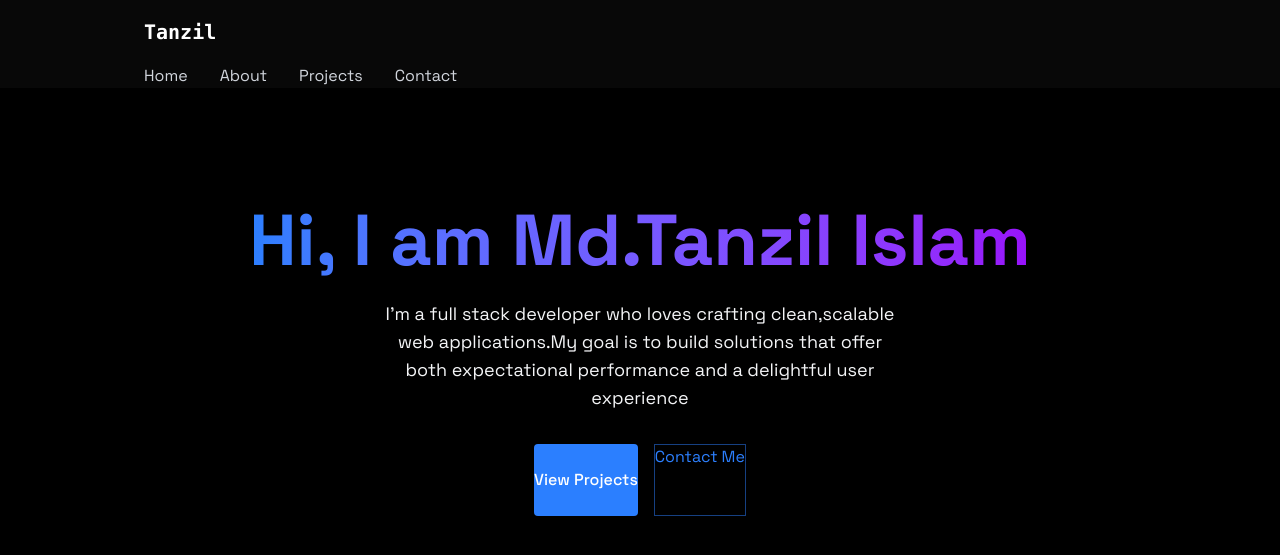
Repository: tanimtanzilislam/my_portfolio
Page: /
An editor plug-in stored every save of this project. The page is shown before and after a run of saves, followed by the edit.
The browser window is 1280 px wide. The pictures show the whole page.
The project was rebuilt for these pictures with package versions that can differ from the ones it lists, and the page was loaded fresh each time. Also part of the build but not shown: vite.config.js.

Above is the page before, as saved 2025-05-10 12:23:24.

### index.html
<!doctype html>
<html lang="en">
  <head>
    <meta charset="UTF-8" />
    <link rel="icon" type="image/svg+xml" href="/vite.svg" />
    <link rel="preconnect" href="https://fonts.googleapis.com" />
    <link rel="preconnect" href="https://fonts.gstatic.com" crossorigin />
    <link
    href="https://fonts.googleapis.com/css2?family=Space+Grotesk:wght@400;500;600;700&family=jetBrains+Mono:wght"
    rel="stylesheet"/>
    <meta name="viewport" content="width=device-width, initial-scale=1.0" />
    <title>Vite + React</title>
  </head>
  <body>
    <div id="root"></div>
    <script type="module" src="/src/main.jsx"></script>
  </body>
</html>

### src/index.css
@import "tailwindcss";

html, body {
  margin: 0;
  padding: 0;
  font-family: "Space Grotesk", sans-serif;
  background: #f3f4f6;
}

@layer utilities {

  @keyframes blink{
    0%,100%{
      opacity:1;
    }
    50%{
      opacity:0;
    }
  }
  .animated-blink {
    animation: blink 0.8s step-end infinite;
  }
  @keyframes loading {
    0% {
      transform: translateX(-100%);
    }
    100% {
      transform: translateX(250%);
    }
  }

  .animate-loading-bar {
    animation: loading 0.8s ease infinite;
  }
}

### src/App.jsx
import React, { useState } from 'react';
import './App.css';
import './index.css';
import { LoadingScreen } from './components/LoadingScreen';
import { Navbar } from './components/Navbar';
import { MobileMenu } from './components/MobileMenu';
import { Home } from './components/sections/Home';
function App() {
  const [isLoaded, setIsLoaded] = useState(false);
  const [menuOpen, setMenuOpen] = useState(false);

  return (
    <>
      {
        !isLoaded && <LoadingScreen onComplete={() => setIsLoaded(true)} />
      }
      <div className={`min-h-screen transition-opacity duration-700 ${isLoaded ? "opacity-100" :"opacity-0" } bg-black text-gray-100`}>
        {/* Your other content goes here */}

        <Navbar menuOpen={menuOpen} setMenuOpen={setMenuOpen}/>
        <MobileMenu menuOpen={menuOpen} setMenuOpen={setMenuOpen}/>
  <Home />
      </div>
    </>
  );
}

export default App

### src/App.css
@import "tailwindcss";

html,body {
  margin:0;
  padding:0;
  font-family: "Space Grotesk" ,sans-serif;
  background:#0a0a0a;
  color: #f3f4f6;
}

### src/components/LoadingScreen.jsx
import React, { useState, useEffect } from "react";

export const LoadingScreen = ({ onComplete }) => {
  const [text, setText] = useState("");
  const fullText = "<Hello World />";

  useEffect(() => {
    let index = 0;
    const interval = setInterval(() => {
      setText(fullText.substring(0, index));
      index++;
      if (index > fullText.length) {
        clearInterval(interval);
        // ✅ টাইপিং শেষ হলে onComplete() চালাও
        onComplete();
      }
    }, 100);

    return () => clearInterval(interval);
  }, [onComplete]);

  return (
    <div className="fixed inset-0 z-50 bg-black text-gray-100 flex flex-col items-center justify-center">
      <div className="mb-4 text-4xl font-mono font-bold">
        {text}
        <span className="animated-blink ml-1">|</span>
      </div>

      <div className="w-[200px] h-[2px] bg-gray-800 rounded relative overflow-hidden">
        <div className="w-[40px] h-full bg-blue-500 shadow-[0_0_15px_#3b82f6] animate-loading-bar"></div>
      </div>
    </div>
  );
};

### src/components/Navbar.jsx
import { useEffect } from "react";

export const Navbar = ({ menuOpen, setMenuOpen }) => {
  useEffect(() => {
    document.body.style.overflow = menuOpen ? "hidden" : "";
  }, [menuOpen]);

  return (
    <nav className="fixed top-0 w-full z-40 bg-[rgba(10,10,10,0.8)] backdrop-blur-lg border-white/10 shadow-lg">
      <div className="max-w-5xl mx-auto px-4">
        <div className="flex justify-between items-center h-16">
          <a href="#home" className="font-mono text-xl font-bold text-white">
            Tanzil<span className="text-blue-500"></span>
          </a>
          <div
            className="w-7 h-5 relative cursor-pointer z-40 md:hidden"
            onClick={() => setMenuOpen((prev) => !prev)}
          >
            &#9776;
          </div>
        </div>

        <div className="hidden md:flex items-center space-x-8">
          <a href="#home" className="text-gray-300 hover:text-white transition-colors">Home</a>
          <a href="#about" className="text-gray-300 hover:text-white transition-colors">About</a>
          <a href="#projects" className="text-gray-300 hover:text-white transition-colors">Projects</a>
          <a href="#contact" className="text-gray-300 hover:text-white transition-colors">Contact</a>
        </div>
      </div>
    </nav>
  );
};

### src/components/MobileMenu.jsx
import { useEffect } from "react";

export const MobileMenu = ({ menuOpen, setMenuOpen }) => {
  return (
    <div
      className={`fixed top-0 left-0 w-full bg-[rgba(10,10,10,0.8)] z-40 flex flex-col items-center justify-center
      transition-all duration-300 ease-in-out
      ${menuOpen ? "h-screen opacity-100 pointer-events-auto" : "h-0 opacity-0 pointer-events-none"}`}
    >
      <button
        onClick={() => setMenuOpen(false)}
        className="absolute top-6 right-6 text-white text-3xl focus:outline-none cursor-pointer"
        aria-label="close Menu"
      >
        &times;
      </button>

      <a href="#home" onClick={() => setMenuOpen(false)} className={`text-2xl font-semibold text-white my-4 transform transition-transform duration-300
        ${menuOpen ? "opacity-100 translate-y-0" : ""}`}>Home</a>

      <a href="#about" onClick={() => setMenuOpen(false)} className={`text-2xl font-semibold text-white my-4 transform transition-transform duration-300
        ${menuOpen ? "opacity-100 translate-y-0" : ""}`}>About</a>

      <a href="#projects" onClick={() => setMenuOpen(false)} className={`text-2xl font-semibold text-white my-4 transform transition-transform duration-300
        ${menuOpen ? "opacity-100 translate-y-0" : ""}`}>Projects</a>

      <a href="#contact" onClick={() => setMenuOpen(false)} className={`text-2xl font-semibold text-white my-4 transform transition-transform duration-300
        ${menuOpen ? "opacity-100 translate-y-0" : ""}`}>Contact</a>
    </div>
  );
};

### src/components/sections/Home.jsx
export const Home =()=>{
    return <section id="home" className="min-h-screen flex items-center justify-center relative">
        <div className="text-center z-10 px-14">
            <h1 className="text-5xl md:text-7xl font-bold mb-6 bg-gradient-to-r from-blue-500 to-purple-600 bg-clip-text text-transparent leading-right">Hi, I am Md.Tanzil Islam </h1>
                <p  className="tex-gray-400 text-lg mb-8 max-w-lg mx-auto">
                    I'm a full stack developer who loves crafting clean,scalable web applications.My goal is to build solutions that offer both expectational performance and a delightful user experience                </p>

           <div className="flex justify-center space-x-4">
            <a href="#projects " className="bg-blue-500 text-white py-3 py-6 rounded font-medium transition relative overflow-hidden hover:-translate-y-0.5 hover-shadow-[0_0_15px_rgba(59,130,246,0.4)]">
                View Projects
            </a>

            <a href="#contact " className="border border-blue-500/50 text-blue-500 hover:-translate-y-0.5 hover-shadow-[0_0_15px_rgba(59,130,246,0.4)]">
                Contact Me
            </a>
           </div>
        </div>
    </section>
}

Loaded but not shown: src/main.jsx (common file)

After the next 3 saves:
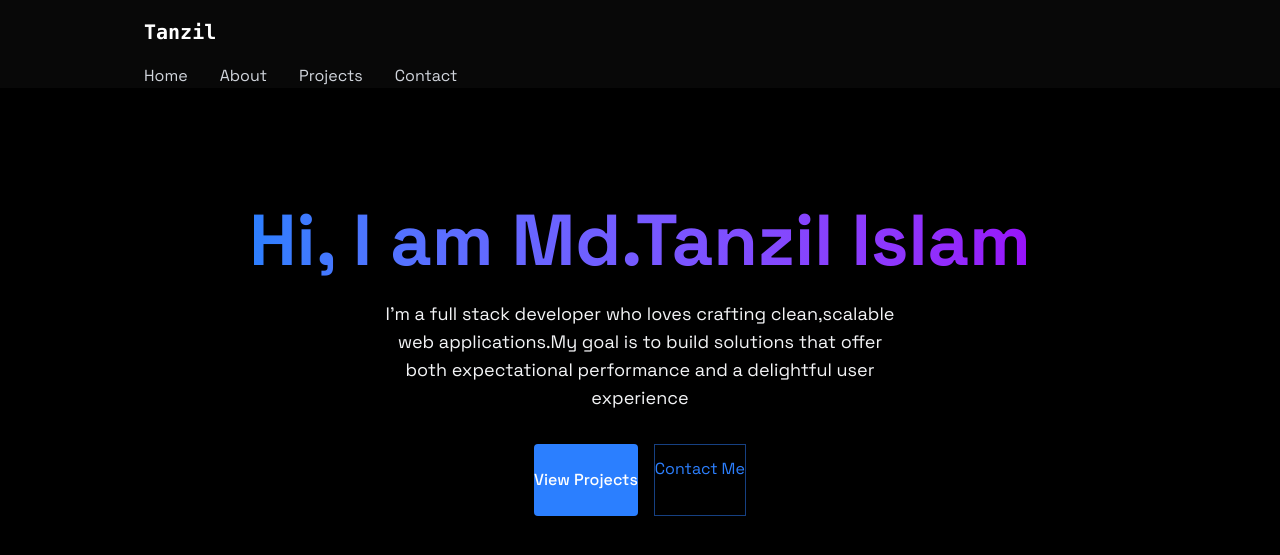
The 3 saves are shown as one change because they came seconds apart.
The last was saved 12 s later.
--- a/src/components/sections/Home.jsx
+++ b/src/components/sections/Home.jsx
@@ -10,7 +10,7 @@ export const Home =()=>{
                 View Projects
             </a>
 
-            <a href="#contact " className="border border-blue-500/50 text-blue-500 hover:-translate-y-0.5 hover-shadow-[0_0_15px_rgba(59,130,246,0.4)]">
+            <a href="#contact " className="border border-blue-500/50 text-blue-500 py-3 px- hover:-translate-y-0.5 hover-shadow-[0_0_15px_rgba(59,130,246,0.4)]">
                 Contact Me
             </a>
            </div>
